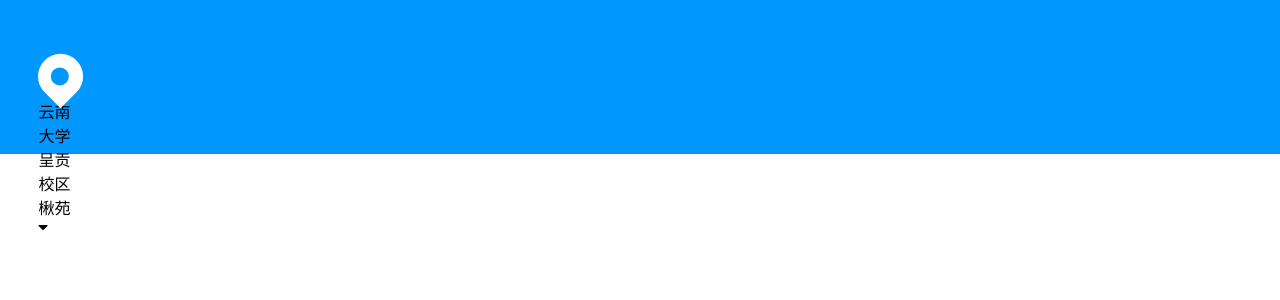
Repository: F000top/ele
Page: index.html
These files come from the project's save history. The page is drawn as it stood at one moment and after the next save; the edit follows.
The browser window is 1280 px wide. The pictures show the whole page.

Above is the page before, as saved 2022-06-07 20:58:27.

### index.html
<!DOCTYPE html>
<html lang="en">
<head>
    <meta charset="UTF-8">
    <!-- 移动端网页必备 -->
    <meta name="viewport" content="width=device-width,initial-scale=1">
    <!-- 导入一些库文件 -->
    <link href="framework/font-awesome/css/font-awesome.min.css" rel="stylesheet">
    <link href="framework/reset.css" rel="stylesheet">
    <link href="framework/icon.css" rel="stylesheet">
    <link href="css/index.css" rel="stylesheet">


    <meta http-equiv="X-UA-Compatible" content="IE=edge">
    <meta name="viewport" content="width=device-width, initial-scale=1.0">
    <title>Document</title>
</head>
<body>
    <!-- 总容器 ，wrapper包装-->
    <div class="wrapper">
            <!-- 头部  -->
            <header>
                <div class="icon-location-box">
                    <div class="icon-location"></div>
                    <div>云南大学呈贡校区楸苑 <i class="fa fa-caret-down"></i>   </div>
                </div>
            </header>
    </div>
</body>
</html>

### framework/reset.css
/***************** CSS重置 *******************/
/* 开发自己想要的东西 */
html,body,div,span,h1,h2,h3,h4,h5,h6,ul,ol,li,p{
	margin: 0;
	padding: 0;
}

html,body{
	width: 100%;
	height: 100%;
	font-family: "幼圆";

}

ul,ol{
	list-style: none;

}

/* 标签 */
a{
	text-decoration: none;
}

### framework/icon.css
/**
 * location 定位小图标
 * 说明：使用div标签，加上icon-location类样式即可。
 *       但需要放置在一个容器中，调整容器大小，图标能自适应容器大小。
 * 示例：
 * <div class="icon-location-box">
 *     <div class="icon-location"></div>
 * </div>
 */
.icon-location {
	position: relative;
	width: 100%;
	height: 100%;
	border-radius: 50% 50% 50% 0;
	background: #fff;
	transform: rotate(-45deg);
}
.icon-location:after {
	content: '';
	width: 40%;
	height: 40%;
	margin: 30% 0 0 29%;
	background-color: #0097FF;
	position: absolute;
	border-radius: 50%;
}

### css/index.css
/* 总容器 */
.wrapper{
    width: 100%;
    height: 100%;
}

/* 头部header */
.wrapper header{
    width: 100%;
    height: 12vw;
    background-color: #0097ff;

    display: flex;
    align-items: center;
}

.wrapper header .icon-location-box{
    width: 3.5vw;
    height: 3.5vw;
    margin: 0 1vw 0 3vw;
}

.wrapper head.location-text{
    font-size: 4.5vw;
    font-weight: 700;
    color: rgba(248, 152, 7, 0.5);
}

.wrapper header .location-text.fa-caret-down{
    margin: left 10vw; ;
}


/* search部分 */

.wrapper.search {
    width: 100%;
    height: 13vw;
}

.wrapper.search.search-fix-top{
    width: 100%;
    height: 13vw;
    background-color: #0097ff;
    display: flex;
    justify-content: center;
    align-items: center;
}

.wrapper.search.search-fix-top.search-box{
    width: 90%;
    height: 9vw;
    background-color: azure;
}

Loaded but not shown: framework/font-awesome/css/font-awesome.min.css (library)

After the next save:
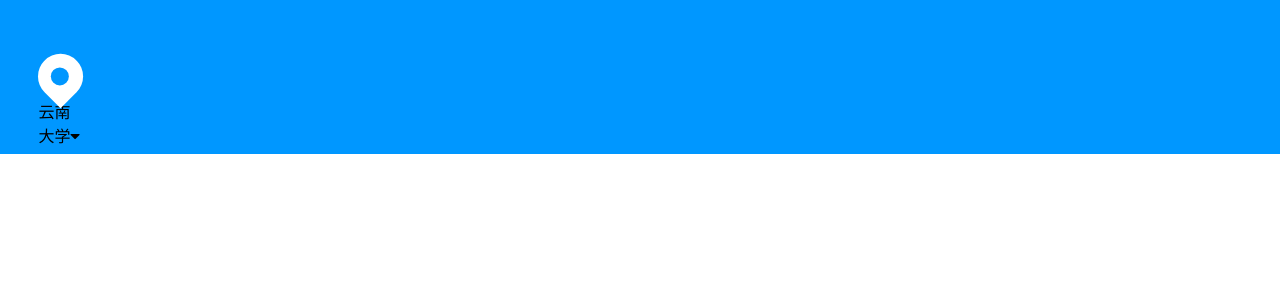
Saved 32 s later.
--- a/index.html
+++ b/index.html
@@ -22,7 +22,7 @@
             <header>
                 <div class="icon-location-box">
                     <div class="icon-location"></div>
-                    <div>云南大学呈贡校区楸苑 <i class="fa fa-caret-down"></i>   </div>
+                    <div>云南大学<i class="fa fa-caret-down"></i>   </div>
                 </div>
             </header>
     </div>
